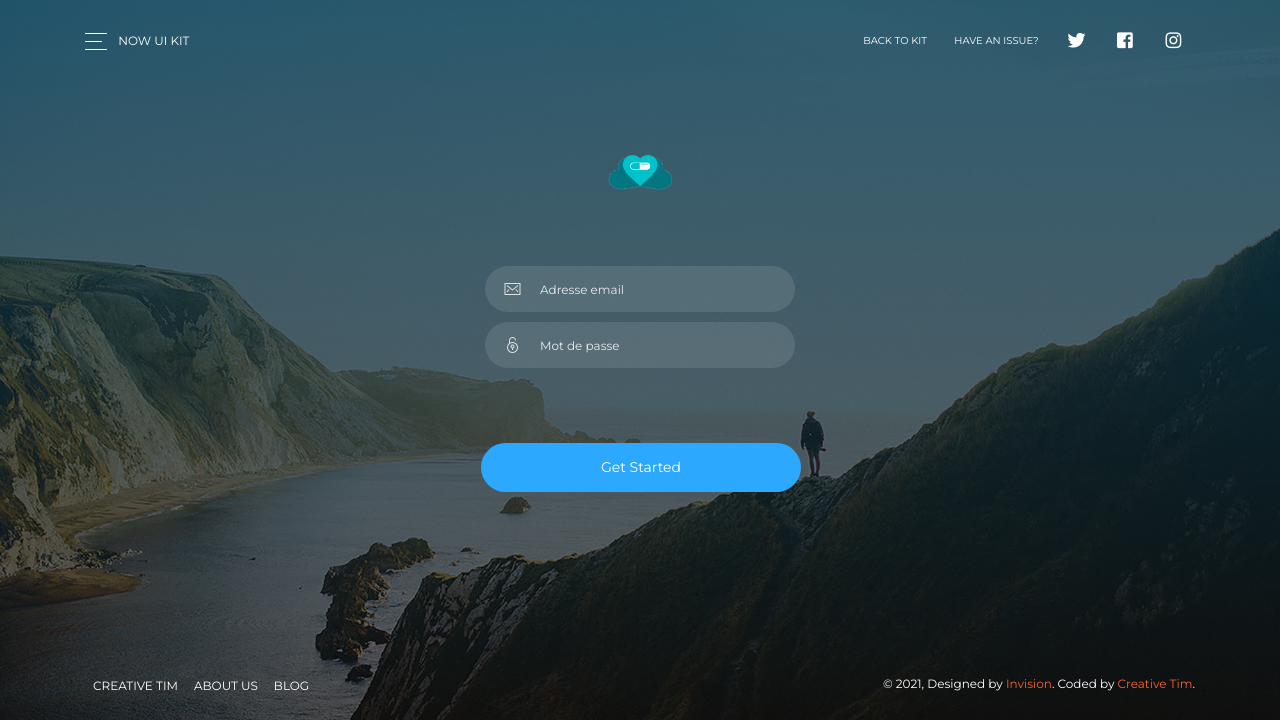
Repository: sdeschaepmeester/samanthawebsite
Page: /login-page
These files come from the project's save history. The page is drawn as it stood at one moment and after the next save; the edit follows.
The browser window is 1280 px wide. The pictures show the whole page.
The project was rebuilt for these pictures with package versions that can differ from the ones it lists, and the page was loaded fresh each time. Also part of the build but not shown: src/assets/demo/nucleo-icons-page-styles.css, src/components/Navbars/IndexNavbar.js, src/components/Headers/IndexHeader.js, src/components/Footers/DarkFooter.js, src/views/index-sections/Images.js, src/views/index-sections/Introduction.js, src/views/index-sections/BasicElements.js, src/views/index-sections/Navbars.js and 19 more.

Above is the page before, as saved 2021-05-31 19:13:05.

After the next save:
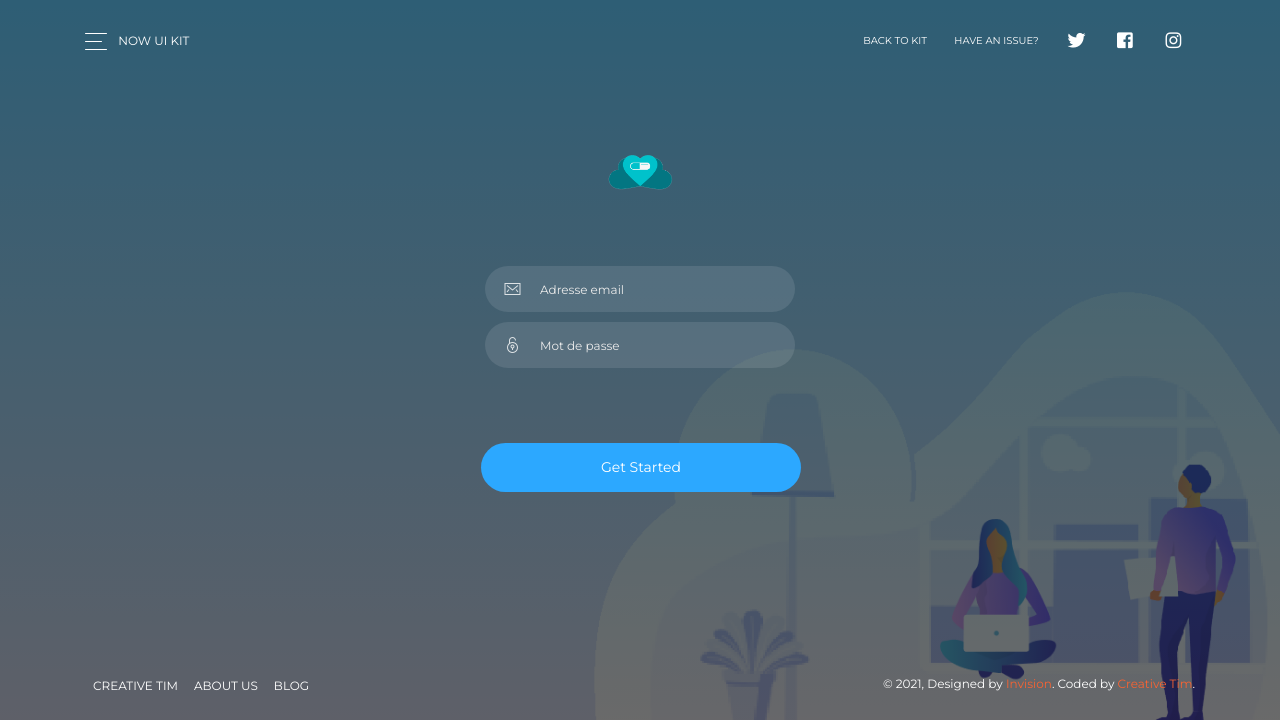
Saved 8 min 4 s later.
--- a/src/views/examples/LoginPage.js
+++ b/src/views/examples/LoginPage.js
@@ -42,7 +42,7 @@ function LoginPage() {
           className="page-header-image"
           style={{
             backgroundImage:
-              "url(" + require("assets/img/login.jpg").default + ")",
+              "url(" + require("assets/img/login-image.png").default + ")",
           }}
         ></div>
         <div className="content">
